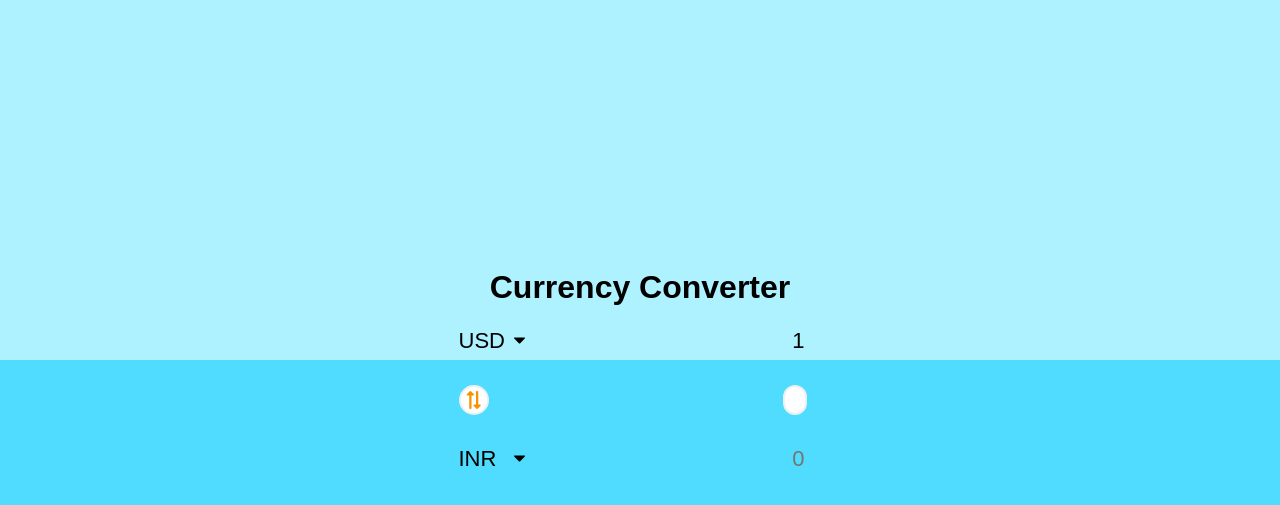
Repository: Sp4ngl3r/Currency-Converter
Page: currency.html
An editor plug-in stored every save of this project. The page is shown before and after the next save, followed by the edit.
The browser window is 1280 px wide. The pictures show the whole page.
Some web fonts or font styles are not loaded; a fallback is used. Some web libraries are served in a nearby version.

Above is the page before, as saved 2020-04-18 18:17:07.
Console error: TypeError: Cannot read properties of null (reading 'addEventListener')

After the next save:
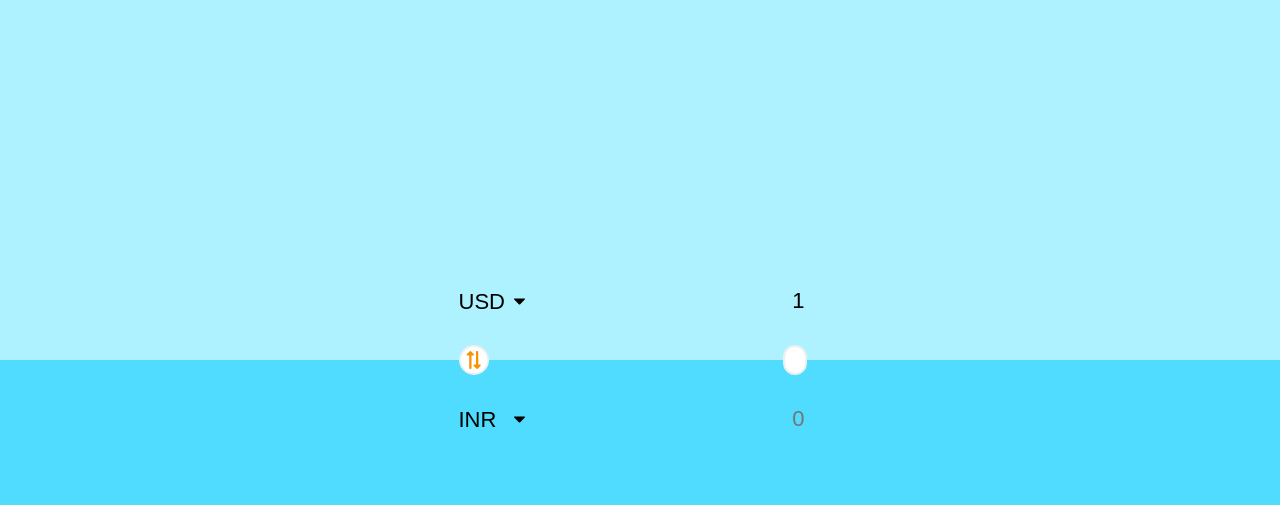
Saved 19 s later.
--- a/currency.html
+++ b/currency.html
@@ -11,7 +11,7 @@
 
   <body>
     <div class="container">
-      <h1 align="center">Currency Converter</h1>
+      <!-- <h1 align="center">Currency Converter</h1> -->
       <div class="currency">
         <select id="from_currency">
           <option value="AED">AED</option>
